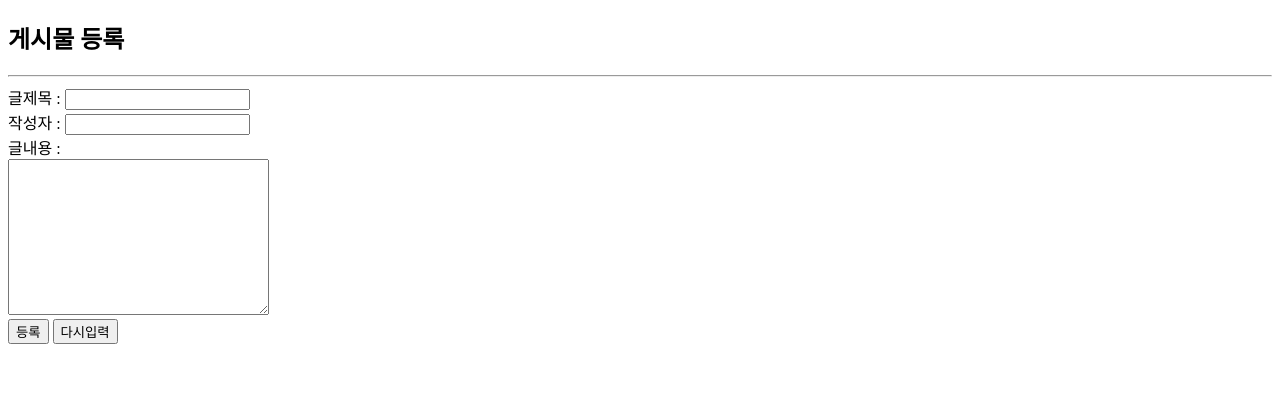
Repository: ahyeonyy/spring_study
Page: jpa_board_comment/src/main/resources/static/board/insert.html
An editor plug-in stored every save of this project. The page is shown before and after the next save, followed by the edit.
The browser window is 1280 px wide. The pictures show the whole page.

Above is the page before, as saved 2023-07-19 00:46:02.

### jpa_board_comment/src/main/resources/static/board/insert.html
<!DOCTYPE html>
<html>
<head>
<meta charset="UTF-8">
<title>Insert title here</title>
</head>
<body>
<h2>게시물 등록</h2>
<hr />
<form action="/board/insert" method="post">
	글제목 : <input type="text" name="title"  /><br />
	작성자 : <input type="text" name="title"  /><br />
	글내용 :<br />
	<textarea name="content" id="" cols="30" rows="10"></textarea> <br />
	<input type="submit" value="등록" />
	<input type="reset" value="다시입력" />

</form>
</body>
</html>

After the next save:
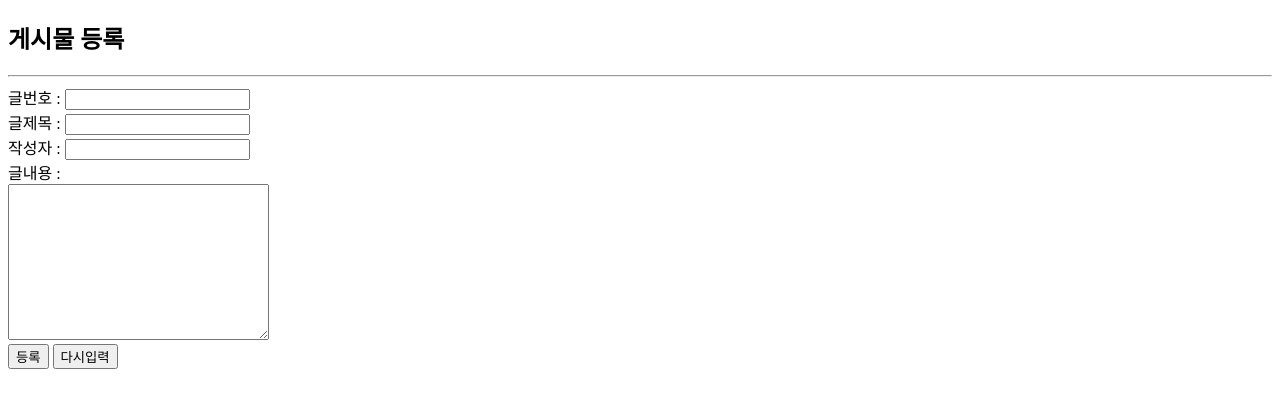
Saved 15 s later.
--- a/jpa_board_comment/src/main/resources/static/board/insert.html
+++ b/jpa_board_comment/src/main/resources/static/board/insert.html
@@ -8,6 +8,7 @@
 <h2>게시물 등록</h2>
 <hr />
 <form action="/board/insert" method="post">
+	글번호 : <input type="text" name="title"  /><br />
 	글제목 : <input type="text" name="title"  /><br />
 	작성자 : <input type="text" name="title"  /><br />
 	글내용 :<br />

After the save that followed:
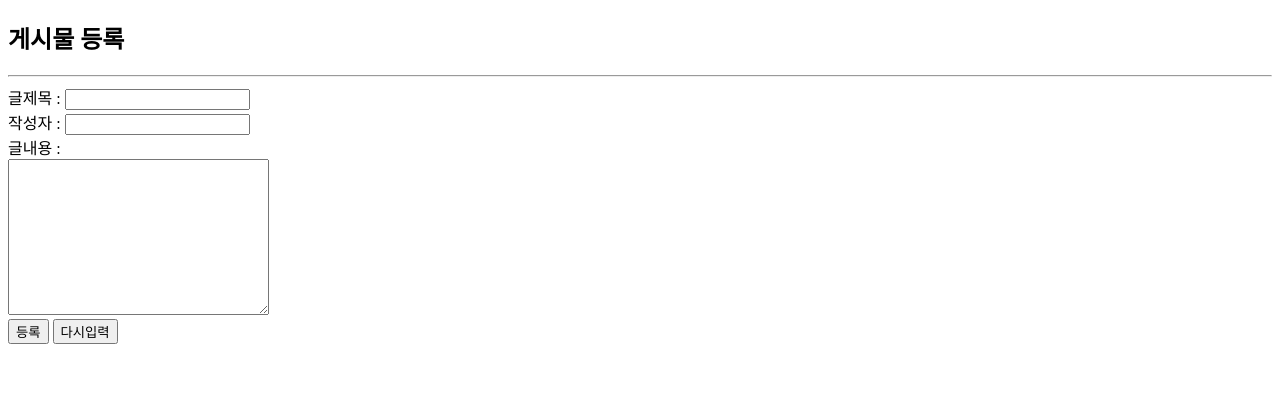
Saved 40 s later.
--- a/jpa_board_comment/src/main/resources/static/board/insert.html
+++ b/jpa_board_comment/src/main/resources/static/board/insert.html
@@ -8,7 +8,6 @@
 <h2>게시물 등록</h2>
 <hr />
 <form action="/board/insert" method="post">
-	글번호 : <input type="text" name="title"  /><br />
 	글제목 : <input type="text" name="title"  /><br />
 	작성자 : <input type="text" name="title"  /><br />
 	글내용 :<br />
